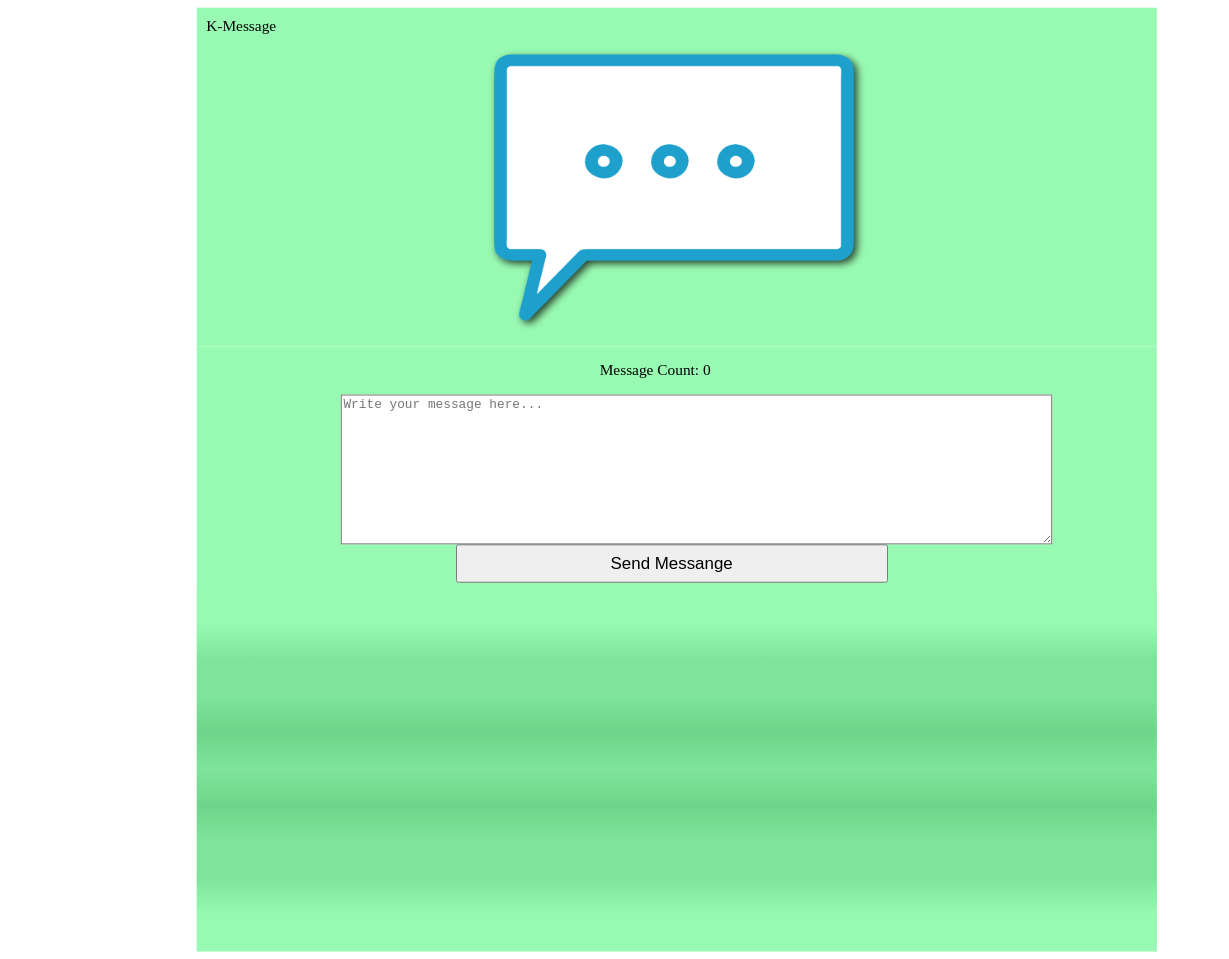
Repository: KevinUd2014/Kn222gn-laborations-Repo-1dv403
Page: 2-labbymezzage/Index.html
The author's editor kept a record of every edit. The page is drawn from the files as they stood at one moment, then again after the next edit.
The browser window is 1280 px wide. The pictures show the whole page, at 96% of full size.

Above is the page before.

After the next edit:
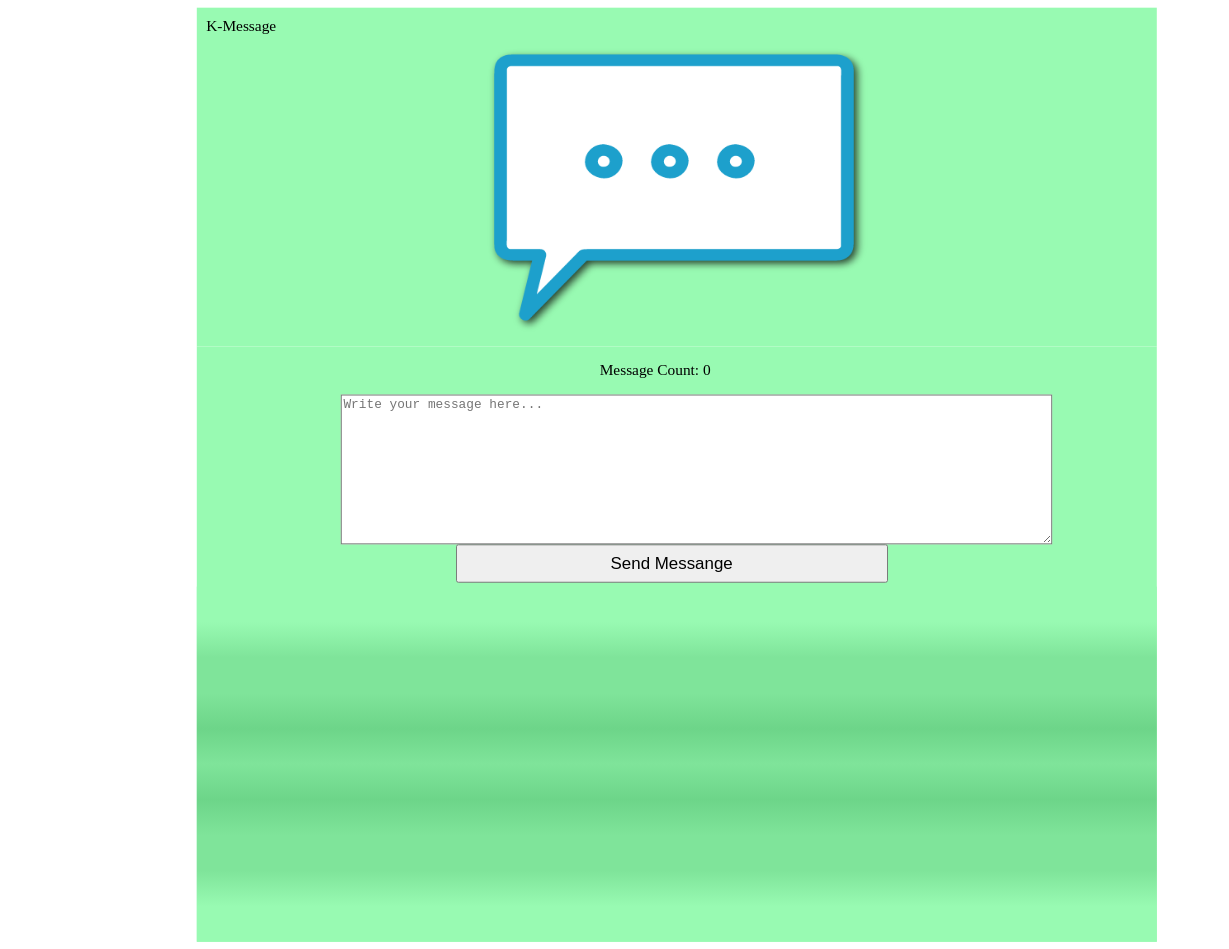
The edit:
--- a/2-labbymezzage/CssMessage.css
+++ b/2-labbymezzage/CssMessage.css
@@ -52,8 +52,8 @@
 #messagesSection
 {
     overflow-y:scroll;
-    min-height:380px;
-    height:380px;
+    min-height:370px;
+    height:370px;
     background:linear-gradient(#98FAB2,#98FAB2,#7FE49A,#7FE49A, #6DD589,#7FE49A,#6DD589,#7FE49A, #7FE49A,#98FAB2, #98FAB2);
 }
 #messagesSection p
